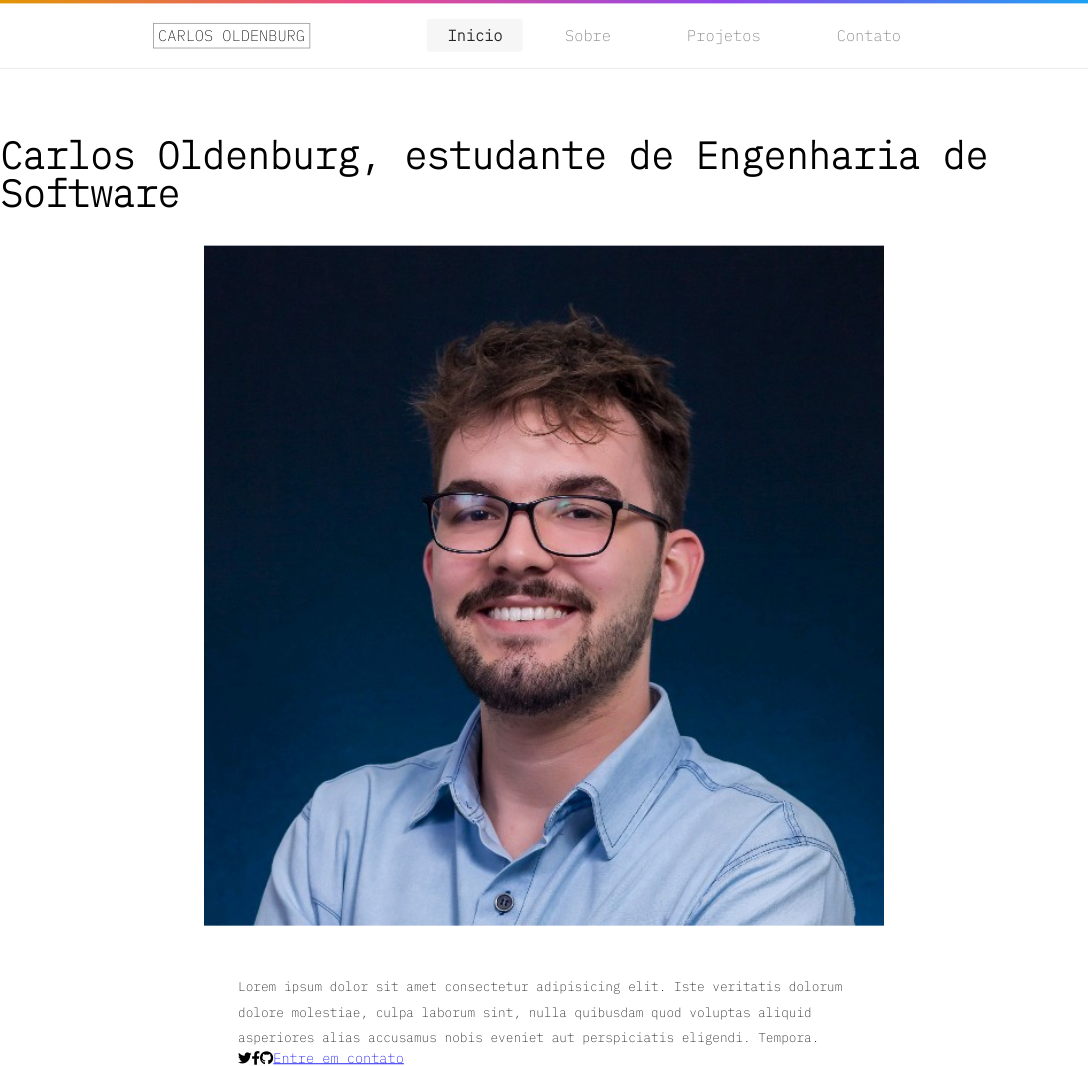
Repository: Carolden/PortfolioCrie
Page: index.html
These files come from the project's save history. The page is drawn as it stood at one moment and after the next save; the edit follows.
The browser window is 1280 px wide. The pictures show the whole page, at 85% of full size.

Above is the page before, as saved 2023-05-22 13:30:55.

After the next save:
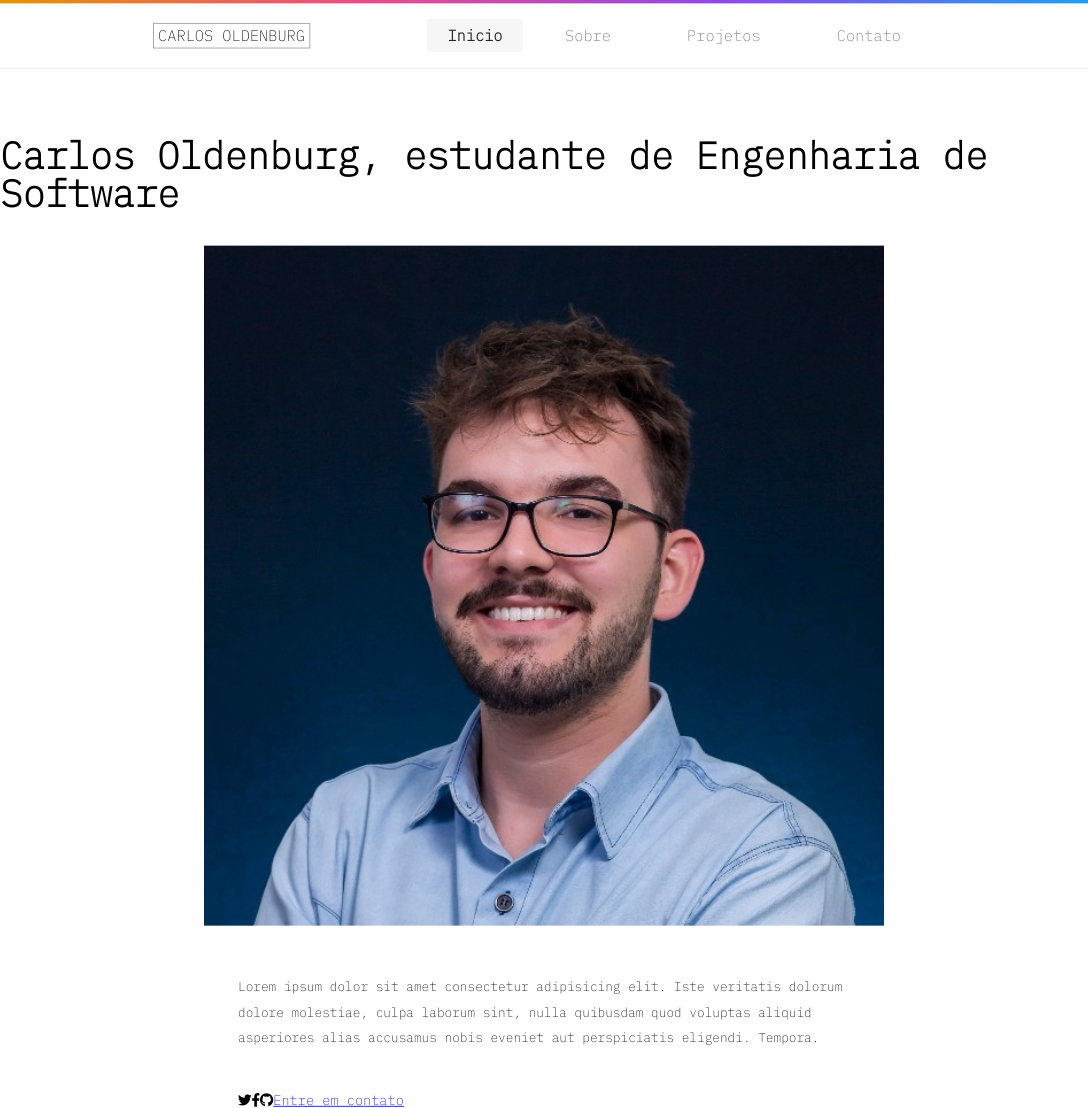
Saved 19 s later.
--- a/styles/layout/index__section.css
+++ b/styles/layout/index__section.css
@@ -3,5 +3,5 @@
     flex-direction: column;
     align-items: center;
     border-top: 1px solid #EAEAEA;
-    padding-top: 80px;
+    padding: 80px 0 50px 0;
 }
